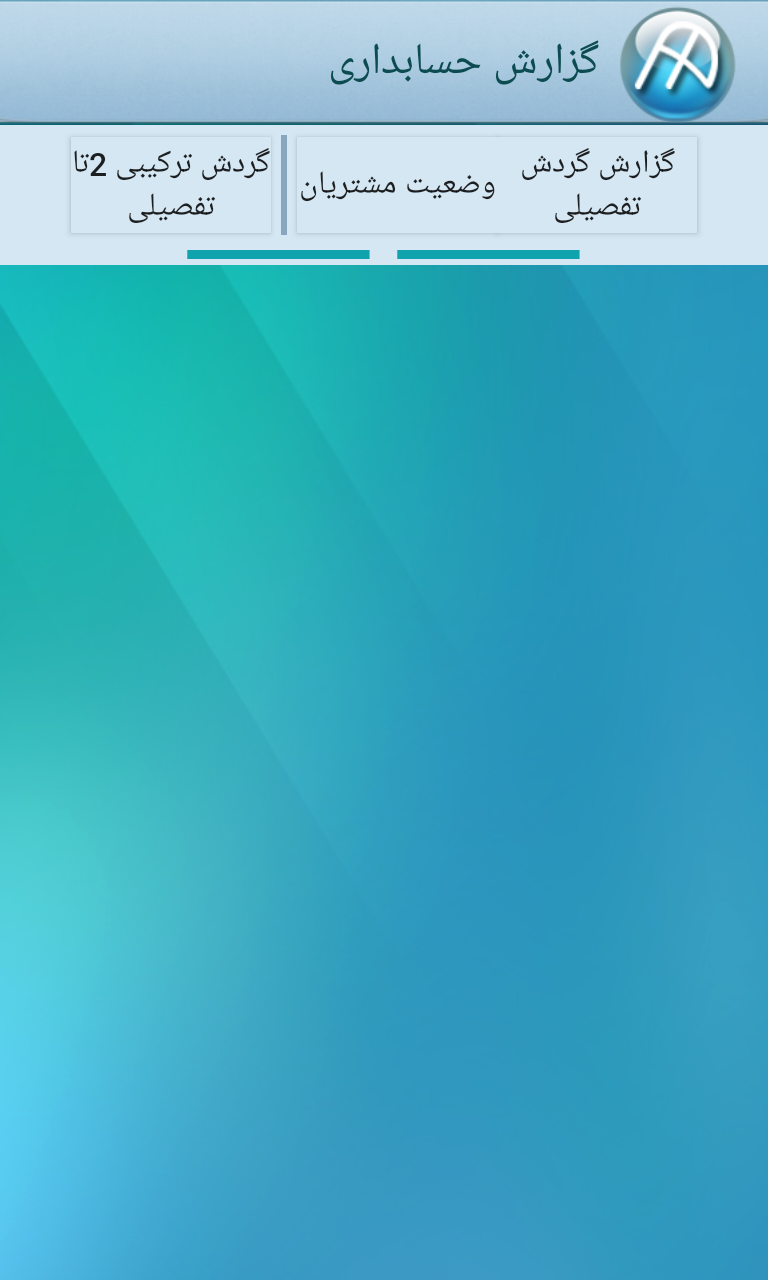
Repository: AtiehPardaz/Reports-Mobile
Layout: Reportsmobile/res/layout/activity_hesabdari.xml
An editor plug-in stored every save of this project. The layout is shown before and after the next save, followed by the edit.
It is drawn on a 768 x 1280 px phone screen (xhdpi) without system bars, with theme AppTheme; the app's code is not run. Lists and similar views that code fills are empty.

Above is the layout before, as saved 2015-03-09 15:16:45.

After the next save:
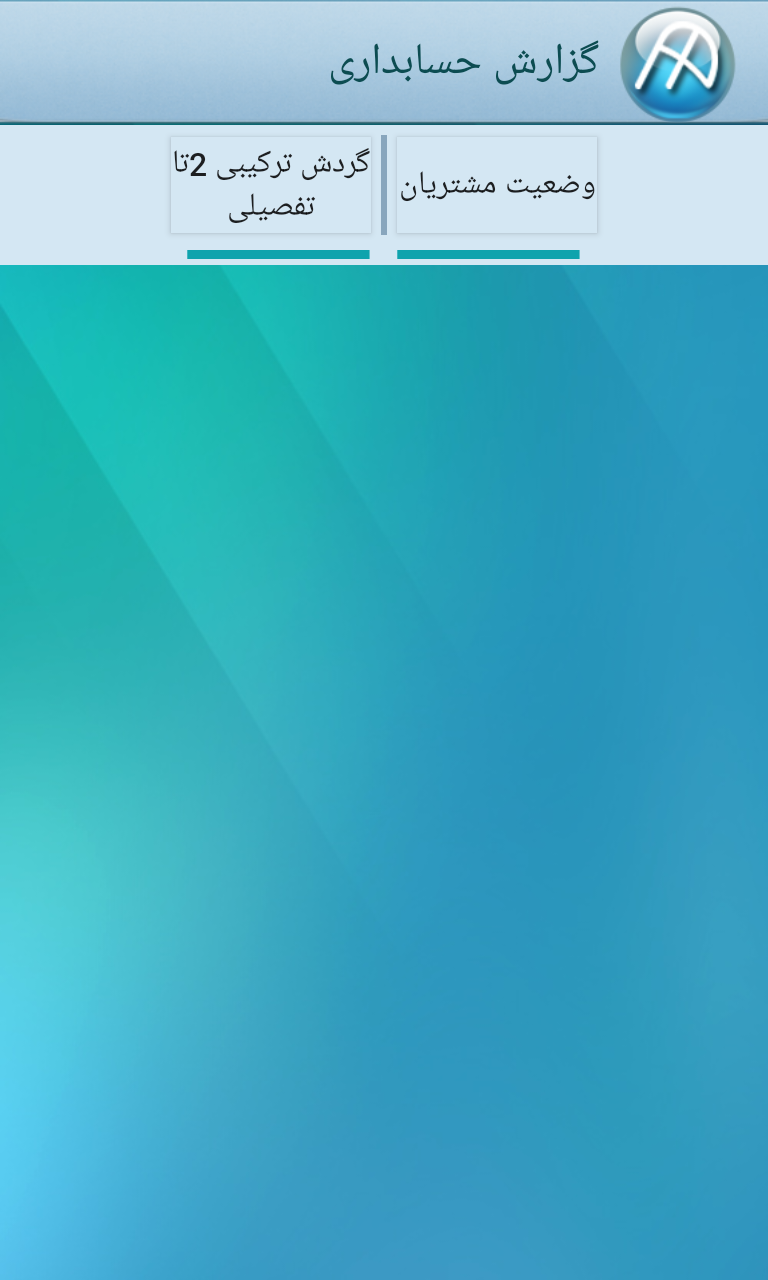
Saved 7 s later.
--- a/Reportsmobile/res/layout/activity_hesabdari.xml
+++ b/Reportsmobile/res/layout/activity_hesabdari.xml
@@ -65,13 +65,6 @@
                 android:layout_height="wrap_content"
                 android:background="@color/blue_actionbar2color"
                 android:text="وضعیت مشتریان"
-                android:textSize="16sp" />
-            <Button
-                android:id="@+id/tabbtn_gardesh_hesabdari"
-                android:layout_width="100dp"
-                android:layout_height="wrap_content"
-                android:background="@color/blue_actionbar2color"
-                android:text="گزارش گردش تفصیلی"
                 android:textSize="16sp" />
         </LinearLayout>
 
